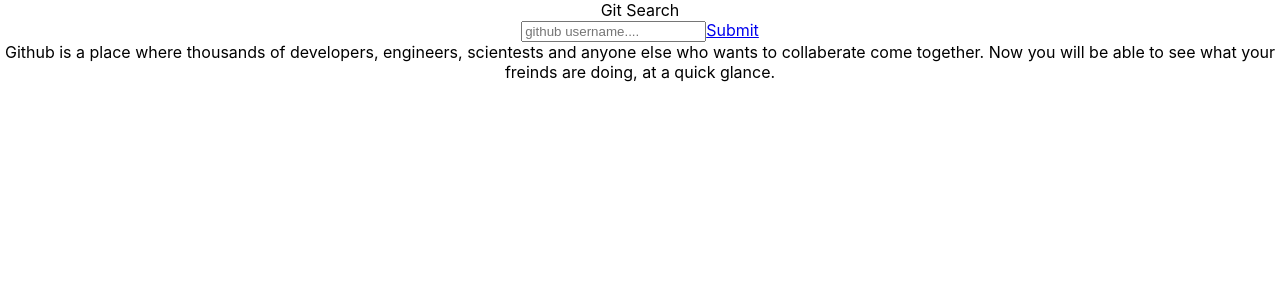
Repository: carlsopa/gitsearch
Page: / (app in gitsearch/)
These files come from the project's save history. The page is drawn as it stood at one moment and after the next save; the edit follows.
The browser window is 1280 px wide. The pictures show the whole page.
The project was rebuilt for these pictures with package versions that can differ from the ones it lists, and the page was loaded fresh each time. Also part of the build but not shown: gitsearch/src/components/profile.js, gitsearch/src/components/repo_card.js, gitsearch/src/components/repos.js.

Above is the page before, as saved 2020-06-23 08:15:40.

### gitsearch/src/App.js
import React,{useState,useEffect} from 'react';
import './App.css';
import Profile from './components/profile';
import Repos from './components/repos';
import Holder from './components/holder';


function App() {
  const uri = 'https://api.github.com/users/'
  const [searchTerm,setSearchTerm] = useState('')
  const [loaded,setLoaded] = useState(false);
  const [results, setResults] = useState([])
  const [error,setError] = useState('')
  const alpha=(data)=>{
    setSearchTerm(data);
  }
  const FetchUser=()=>{
    fetch(uri+searchTerm,{
      headers:{
        Authorization: "basic "+btoa('carlsopa')
      }
    })
    .then(res=>res.json())
    .then(
      (result)=>{
        setLoaded(true)
        setResults(result)
      },
      (error)=>{
        setLoaded(true)
        setError(error)
      }
    )
  }
  return (
    <div className="App">
      <header>
        {results.length!=0?<div><div id="header">Git Search</div>
        <input type="text" id="gitSearch" placeholder="git profile...." onChange={(e)=>setSearchTerm(e.target.value)}/>
        <a href="#" onClick={(e)=>FetchUser()}>Submit</a></div>:null}
      </header>
      {results.length===0?<Holder alpha={alpha} fetch={FetchUser}/>:
      <div><Profile values={results}/><Repos values={results}/></div>}
    </div>
  );
}

export default App;

### gitsearch/src/components/holder.js
import React from 'react';

function Holder(props) {
    return (
        <div id='start'>
            <div>Git Search</div>
            <input type="text" placeholder='github username....' onChange={(e)=>props.alpha(e.target.value)}/>
            <a href="#" onClick={(e)=>props.fetch()}>Submit</a>
            <div id="text" >
                Github is a place where thousands of developers, engineers, scientests and anyone else who wants to collaberate come together.  Now you will be able to see what your freinds are doing, at a quick glance.
            </div>

        </div>
    )
}

export default Holder;

### gitsearch/src/design/git.css
#start{
    display: flex;
  flex-direction: column;
  align-items: center;
  justify-content: center;
}

Loaded but not shown: gitsearch/public/index.html (common file); gitsearch/src/index.js (common file); gitsearch/src/index.css (common file); gitsearch/src/serviceWorker.js (common file); gitsearch/src/App.css (common file)

After the next save:
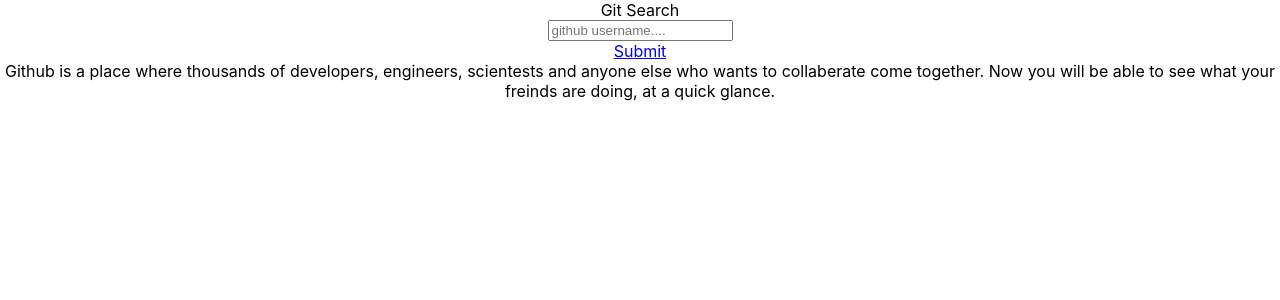
Saved 34 s later.
--- a/gitsearch/src/App.js
+++ b/gitsearch/src/App.js
@@ -1,5 +1,6 @@
 import React,{useState,useEffect} from 'react';
 import './App.css';
+import'./design/git.css'
 import Profile from './components/profile';
 import Repos from './components/repos';
 import Holder from './components/holder';
